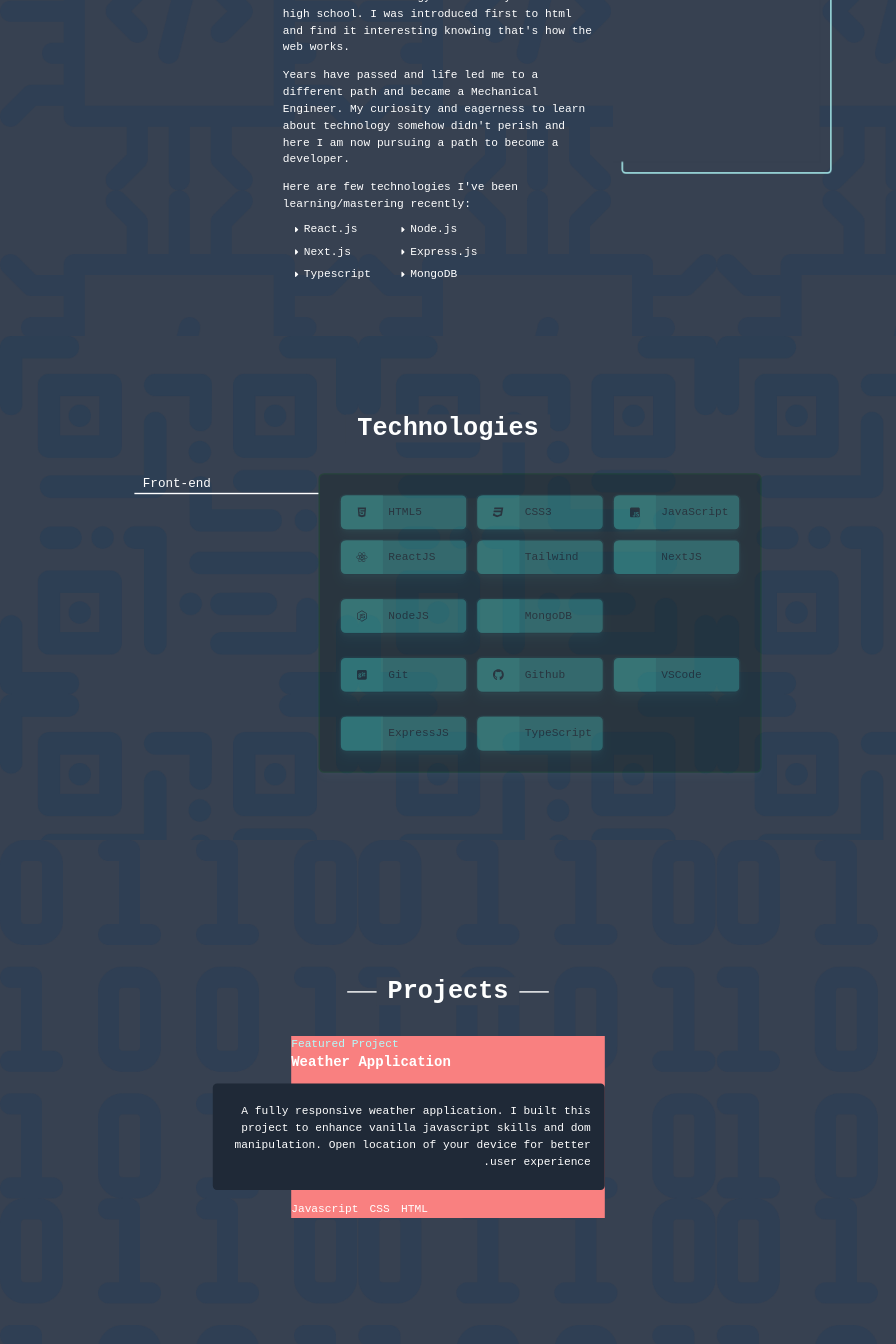
Repository: riandev25/nextjs-portfolio
Page: /
An editor plug-in stored every save of this project. The page is shown before and after the next save, followed by the edit.
The browser window is 1280 px wide. The pictures show the part of the page from y = 960 to 2880 px (the page is 2880 px tall), at 70% of full size.
Backgrounds fixed to the window are drawn as part of the page. The project was rebuilt for these pictures with package versions that can differ from the ones it lists, and the page was loaded fresh each time. The framework's server and built-in components were replaced by stand-ins that run in the browser. Also part of the build but not shown: next.config.js, components/Home/Keyboard/index.module.css, components/Home/Keyboard/index.jsx.

Above is the page before, as saved 2022-11-12 20:10:01.

After the next save:
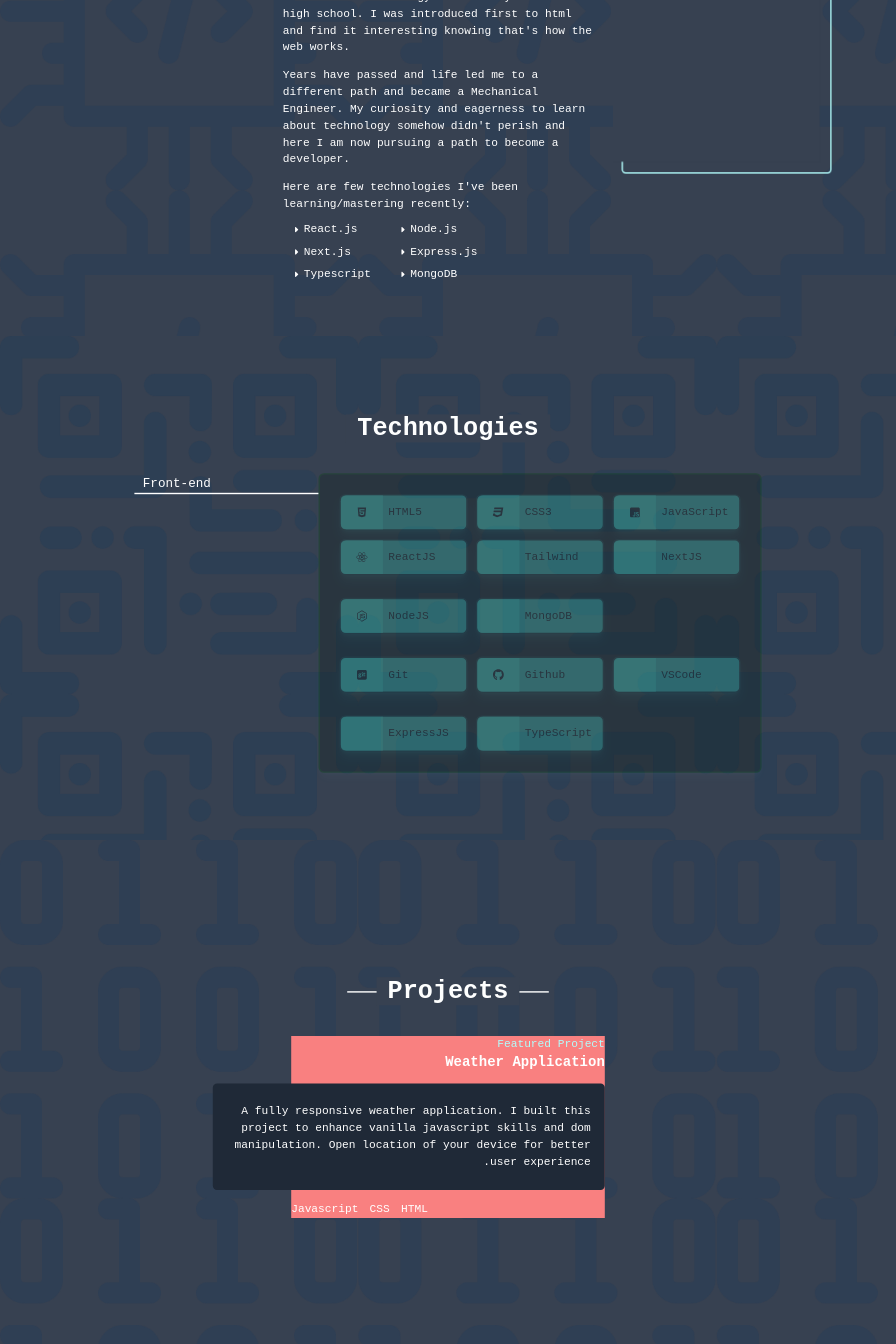
Saved 58 s later.
--- a/components/Projects/index.jsx
+++ b/components/Projects/index.jsx
@@ -38,9 +38,9 @@ const Projects = () => {
           className='w-[28rem] overflow-visible bg-red-400 space-y-4'
           dir='rtl'
         >
-          <div className='flex flex-col justify-end items-end w-full'>
-            <h2 className='text-neon text-right'>Featured Project</h2>
-            <h1 className='text-xl font-bold text-right'>
+          <div className='flex flex-col justify-end items-end'>
+            <h2 className='w-full text-neon text-right'>Featured Project</h2>
+            <h1 className='w-full text-xl font-bold text-right'>
               Weather Application
             </h1>
           </div>
@@ -51,7 +51,7 @@ const Projects = () => {
               location of your device for better user experience.
             </p>
           </div>
-          <ul className='flex flex-row justify-end items-center gap-4'>
+          <ul className='flex flex-row justify-end items-center gap-4 w-full'>
             {TECH_WEATHER.map((item) => {
               return <li key={item}>{item}</li>;
             })}
